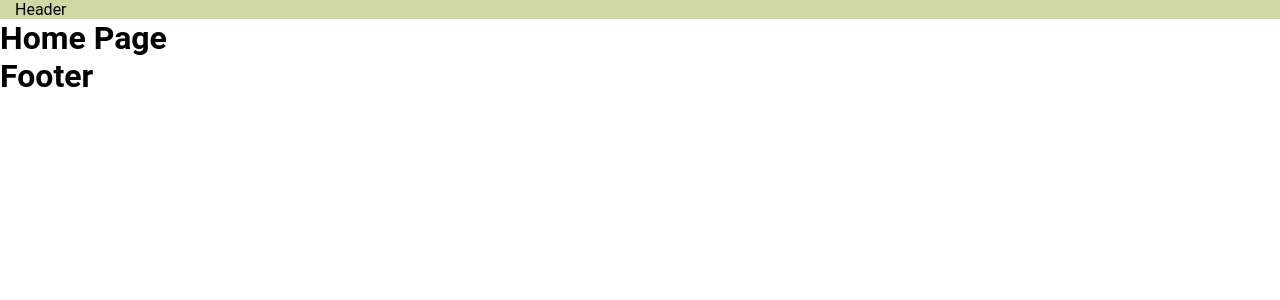
Repository: anhcanh1007/show_product
Page: /
These files come from the project's save history. The page is drawn as it stood at one moment and after a run of saves; the edit follows.
The browser window is 1280 px wide. The pictures show the whole page.
The project was rebuilt for these pictures with package versions that can differ from the ones it lists, and the page was loaded fresh each time. Imported but missing from the stored project, and not drawn on this page: src/pages/user/profilePage.

Above is the page before, as saved 2024-01-25 13:25:11.

### src/index.js
import React from "react";
import ReactDOM from "react-dom/client";
import { BrowserRouter } from "react-router-dom";
import RouterCustom from "./router";
import "./style/style.scss";

const root = ReactDOM.createRoot(document.getElementById("root"));
root.render(
  <BrowserRouter>
    <RouterCustom />
  </BrowserRouter>
);

// If you want to start measuring performance in your app, pass a function
// to log results (for example: reportWebVitals(console.log))
// or send to an analytics endpoint. Learn more: https://bit.ly/CRA-vitals

### src/router.js
import { ROUTERS } from "./utils/router";
import HomePage from "./pages/user/homePage";
import ProfilePage from "./pages/user/profilePage";
import { Route, Routes } from "react-router-dom";
import MasterLayout from "./pages/user/theme/masterLayout";

const renderUserRouter = () => {
  const userRouters = [
    {
      path: ROUTERS.USER.HOME,
      component: <HomePage />,
    },
    {
      path: ROUTERS.USER.PROFILE,
      component: <ProfilePage />,
    },
  ];

  return (
    <MasterLayout>
      <Routes>
        {userRouters.map((item, key) => (
          <Route key={key} path={item.path} element={item.component} />
        ))}
      </Routes>
    </MasterLayout>
  );
};

const RouterCustom = () => {
  return renderUserRouter();
};

export default RouterCustom;

### src/style/style.scss
@import './pages/all';

### src/utils/router.js
export const ROUTERS = {
  USER: {
    HOME: "",
    PROFILE: "thong-tin-ca-nhan",
  },
};

### src/pages/user/homePage/index.js
import { memo } from "react";

const HomePage = () => {
  return <h1>Home Page</h1>;
};

export default memo(HomePage);

### src/pages/user/theme/masterLayout/index.js
import { memo } from "react";
import Header from "../header";
import Footer from "../footer";

const MasterLayout = ({ children, ...props }) => {
  return (
    <div {...props}>
      <Header />
      {children}
      <Footer />
    </div>
  );
};

export default memo(MasterLayout);

### src/style/pages/_all.scss
@use "sass:map";
@import './theme';

html, body {
    margin: 0;
}

* {
    font-family: Roboto;
    padding: 0;
    margin: 0;
}

.container {
    max-width: 1170px;
    width: 100%;
    padding-left: 15px;
    padding-right: 15px;
    // background: map.get($theme-colors, "main");
}

.row {
    display: flex;
    flex-wrap: wrap;
}

.col-6{
    flex: 0 0 50%;
    max-width: 50%;
}

### src/style/pages/_theme.scss
$theme-colors : (
    "main" : #008874,
)

### src/pages/user/theme/header/index.js
import { memo } from "react";
import "./style.scss";

const Header = () => {
  return (
    <>
      <div className="header__top">
        <div className="container">
          Header
          <div className="row">
            <div className="col-6"></div>
            <div className="col-6"></div>
          </div>
        </div>
      </div>
    </>
  );
};

export default memo(Header);

### src/pages/user/theme/footer/index.js
import { memo } from "react";

const Footer = () => {
  return (
    <>
      <h1>Footer</h1>
    </>
  );
};

export default memo(Footer);

### src/pages/user/theme/header/style.scss
.header__top{
    background-color: #CFD7A4;
}

Loaded but not shown: public/index.html (common file)

After the next 2 saves:
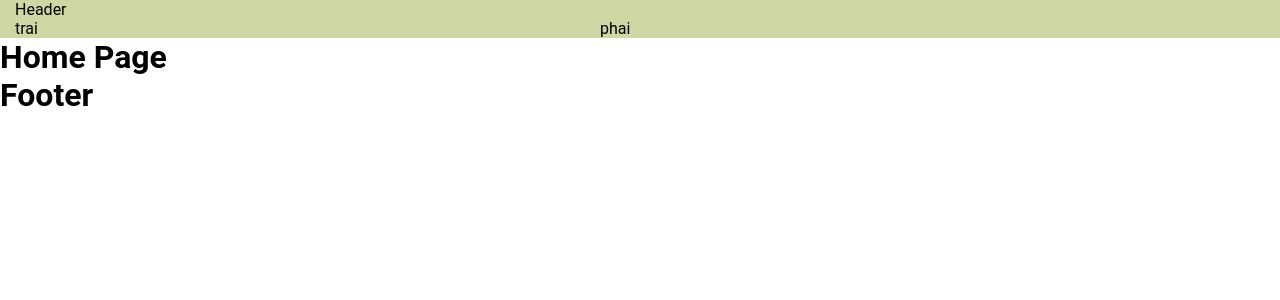
The 2 saves are shown as one change because they came seconds apart.
The last was saved 8 s later.
--- a/src/pages/user/theme/header/index.js
+++ b/src/pages/user/theme/header/index.js
@@ -8,8 +8,8 @@
         <div className="container">
           Header
           <div className="row">
-            <div className="col-6"></div>
-            <div className="col-6"></div>
+            <div className="col-6">trai</div>
+            <div className="col-6">phai</div>
           </div>
         </div>
       </div>

After the save that followed:
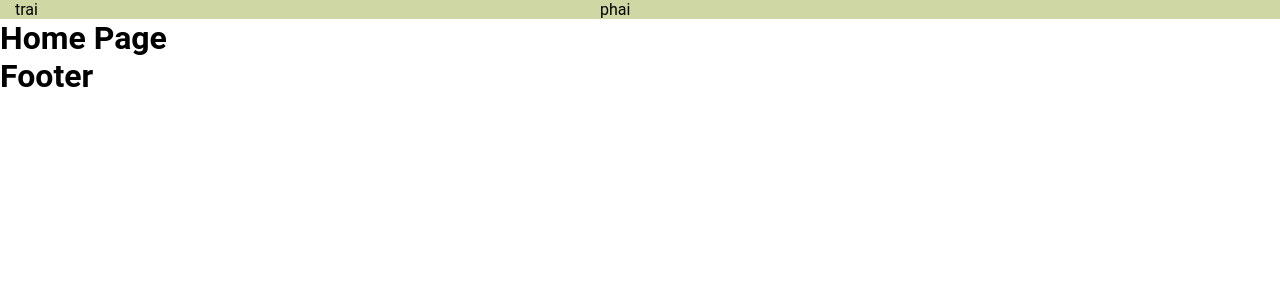
Saved 28 s later.
--- a/src/pages/user/theme/header/index.js
+++ b/src/pages/user/theme/header/index.js
@@ -6,7 +6,6 @@
     <>
       <div className="header__top">
         <div className="container">
-          Header
           <div className="row">
             <div className="col-6">trai</div>
             <div className="col-6">phai</div>
